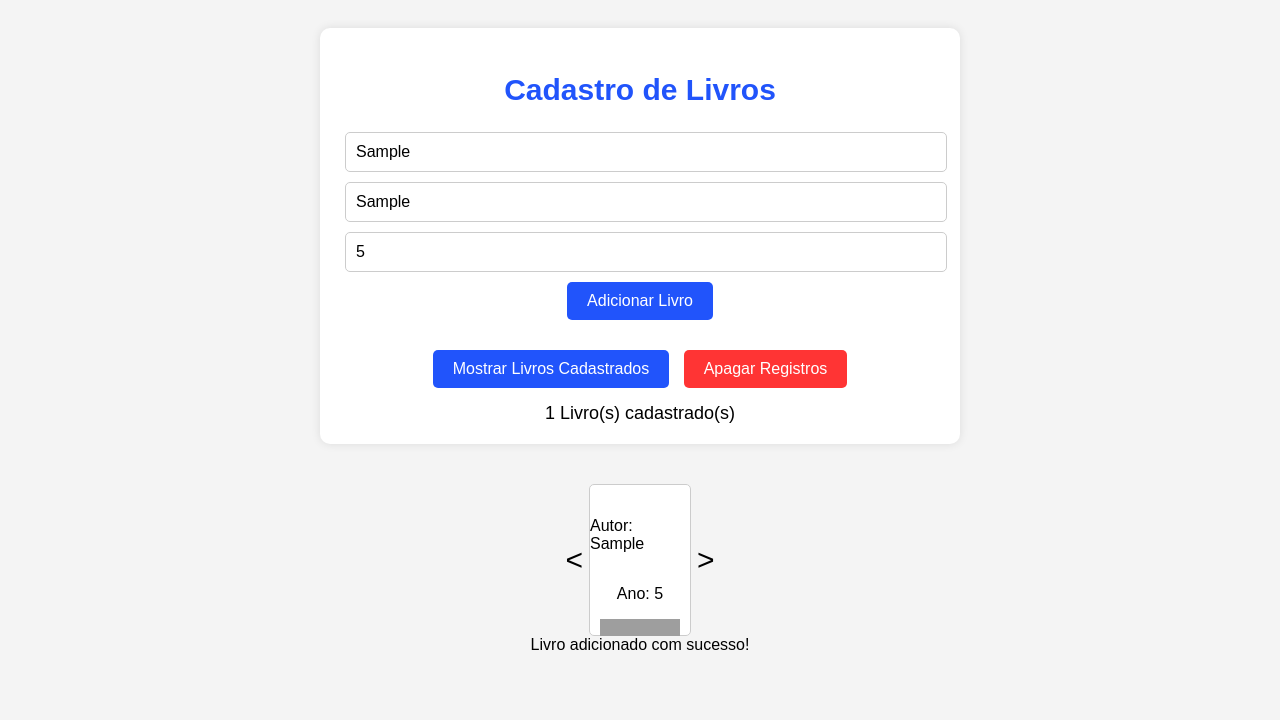
Repository: Matheus904-12/JS-BIN
Page: index.html
The author's editor kept a copy of each file at every save. The page is drawn from the files as they stood at one save, then again after the next save.
The browser window is 1280 px wide. The pictures show the whole page.
Empty fields were first filled with sample values (such as "Sample", 5 or name@example.com).
After loading, the first visible `#adicionar` was clicked once.
Pictures or frames that could not be fetched are drawn as grey boxes.

Above is the page before, as saved 2023-09-10 21:22:42.

After the next save:
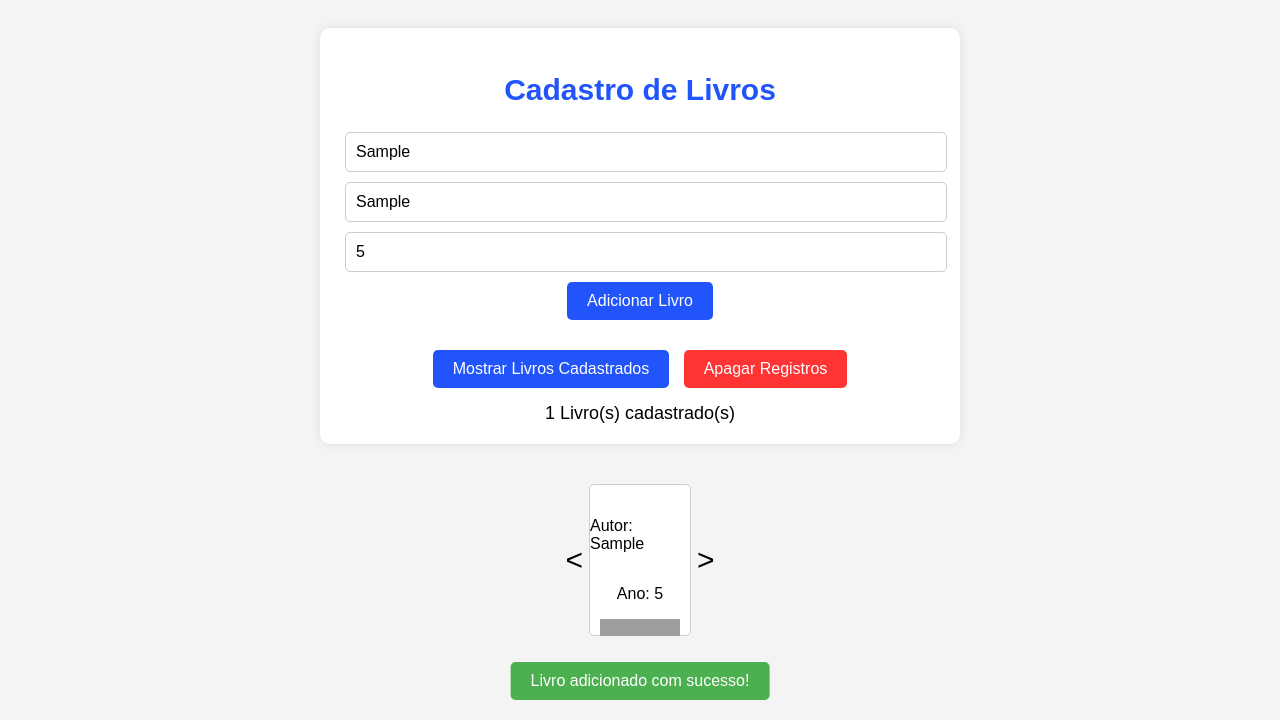
Saved 20 s later.
--- a/style.css
+++ b/style.css
@@ -106,3 +106,16 @@ body {
 .seta:focus {
     outline: none;
 }
+
+.mensagem {
+    position: fixed;
+    bottom: 20px;
+    left: 50%;
+    transform: translateX(-50%);
+    background-color: #4caf50;
+    color: white;
+    padding: 10px 20px;
+    border-radius: 5px;
+    opacity: 1;
+    transition: opacity 1s;
+}
